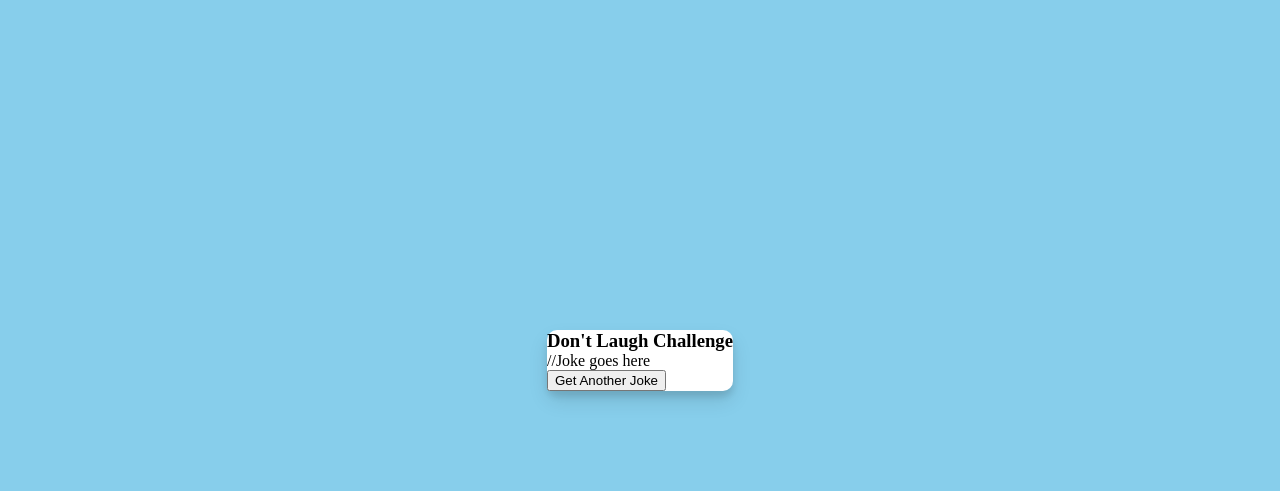
Repository: MMXiaohang/50projects50days-copy
Page: 10-dad-jokes/1-index.html
The author's editor kept a copy of each file at every save. The page is drawn from the files as they stood at one save, then again after the next save.
The browser window is 1280 px wide. The pictures show the whole page.

Above is the page before, as saved 2022-07-13 00:04:08.

After the next save:
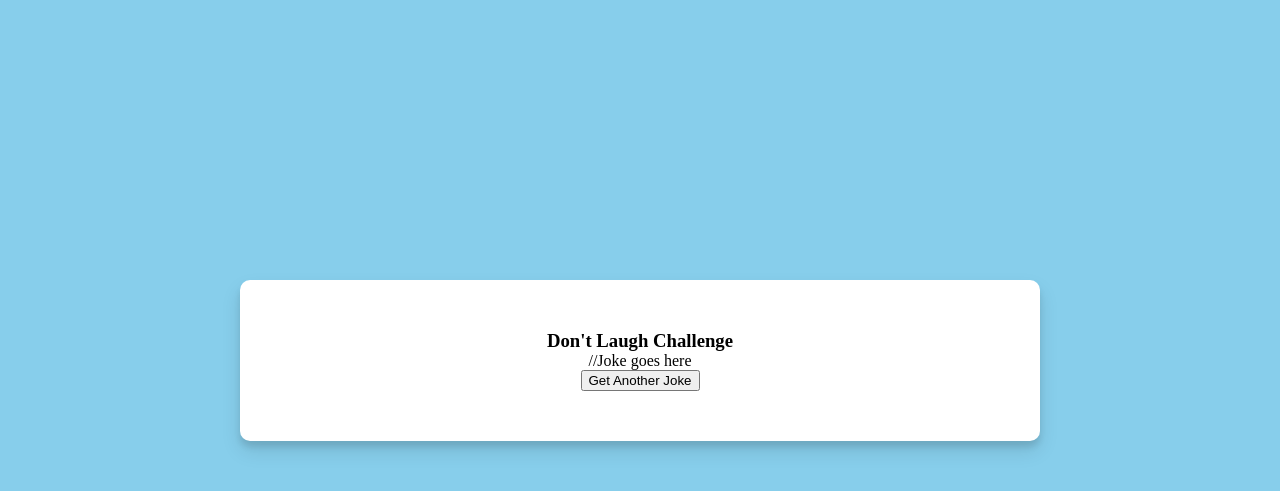
Saved 46 s later.
--- a/10-dad-jokes/1-style.css
+++ b/10-dad-jokes/1-style.css
@@ -22,4 +22,8 @@ body{
     background-color: #fff;
     border-radius: 10px;
     box-shadow: 0 10px 20px rgba(0, 0, 0, 0.1), 0 6px 6px rgba(0, 0, 0, 0.1);
+    padding: 50px 20px;
+    text-align: center;
+    max-width: 100%;
+    width: 800px;
 }
